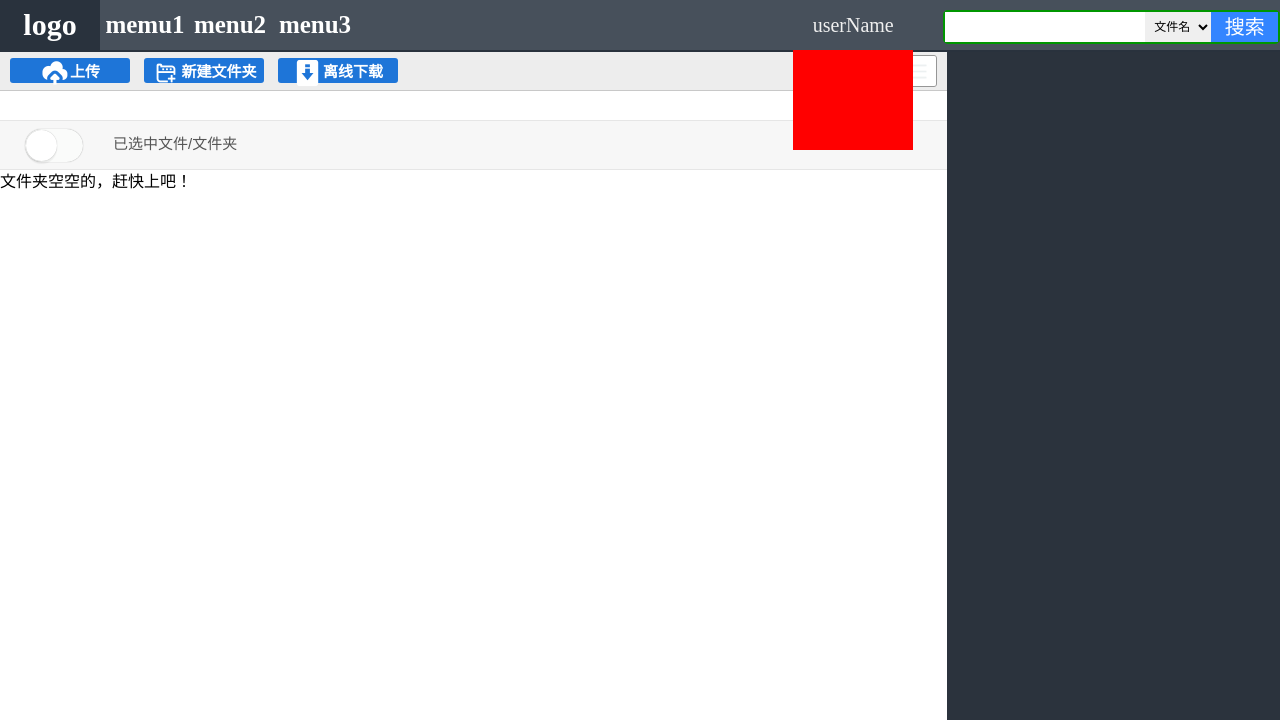
Repository: ixufeng/fileManager
Page: http://localhost/fileManager/delFile.do
The author's editor kept a copy of each file at every save. The page is drawn from the files as they stood at one save, then again after the next save.
The browser window is 1280 px wide. The pictures show the whole page.
The page is served by Tomcat 9. Other server files are loaded and not shown. Queries for data that is not in the repository find no rows.

Above is the page before, as saved 2016-04-07 13:17:39.

### fileManager/WebRoot/homePage.jsp
<%@page import="org.apache.commons.fileupload.FileItem"%>
<%@page import="file.MyFile"%>
<%@page import="sql.SqlHelper"%>
<%@page import="common.CatalogHelper" %>
<%@page import="common.Catalog" %>
<%@page language="java" import="java.util.*" pageEncoding="utf-8"%>
<%@taglib uri = "http://java.sun.com/jsp/jstl/core" prefix = "c" %>
<%
String path = request.getContextPath();
String basePath = request.getScheme()+"://"+request.getServerName()+":"+request.getServerPort()+path+"/";

String currentPath = "./home";
if(request.getParameter("currentPath")!=null){

	currentPath = request.getParameter("currentPath");
}else if(request.getAttribute("currentPath")!=null){

	currentPath = (String)request.getAttribute("currentPath");
}
	//获取路径列表
	ArrayList<Catalog> catalog = CatalogHelper.getCatalog(currentPath);
	//获得用户当前所在文件夹下的所有文件
	ArrayList<MyFile> fileList = SqlHelper.getSqlHelper().getAllFileByPath(currentPath);
	//优化目标，将第一次从数据库得来的文件信息存入到本地数据库中;

%>

<!DOCTYPE>
<html>
<head>
	<meta charset="utf-8">
	<title>在线文件管理器</title>
	<link rel="stylesheet" type="text/css" href="css/style_checkbox.css" />
	<link rel="stylesheet" type="text/css" href="css/title.css">
	<link rel="stylesheet" type="text/css" href="css/file_con.css">

	<!-- 上传文件 -->
	<link rel="stylesheet" href="css/zyUpload.css" type="text/css">
	<script src="js/jquery.js" type="text/javascript"></script>
	<script type="text/javascript" src="js/jquery.cookie.js"></script>
	<script type="text/javascript" src="js/fileClass.js"></script>
</head>

<body>
	<div id="head_nav">
		<div id="icon_home" path=<%=currentPath %> class="head_menu">
			logo
		</div>
		<div class="head_bar">memu1</div>
		<div class="head_bar">menu2</div>
		<div class="head_bar">menu3</div>

		<div id="icon_search">
			<label onclick="searchHelper();">搜索</label>
			<select id="selOption" onchange="searchTypeChange();">
				<option value="fimeName">文件名</option>
				<option value="fileDate">上传日期</option>
				<option value="fileContent">全文检索</option>
			</select>
			<input id="search_key" />
		</div>
		<div id="user">
			<span id="user_name">userName</span>
			<div id="user_box"></div>
		</div>
	</div>
	<div id="fileMsg">
			<ul id="file_catalog">
				<c:forEach var="catalogItem" items="<%=catalog%>">
					<li><a href="homePage.jsp?currentPath=${catalogItem.link}">${catalogItem.name}> </a></li>
				</c:forEach>

			</ul>
	</div>
	<div id="fileBar">

		<input type="checkbox" id="checkbox_c1" isSel="0" onclick="selectAll();" class="chk_3" /><label for="checkbox_c1"></label>
		<span id="functionBar">
			<label>已选中<span id="fileSelected"></span>文件/文件夹</label>
			<label id="MulShare" class="MulDo">分享</label>
			<label id="MulDown" onclick="mulDown();" class="MulDo"><img src="./images/MulDown.png">下载</label>
			<label id="MulDel" onclick="mulDel();" class="MulDo"><img src="./images/MulDel.png">删除</label>
			<label id="MulCopy" class="MulDo">复制到</label>
			<label id="MulTrans" onclick="showFileSendMenu();" class="MulDo">发送至</label>
		</span>
	</div>
	<div id='menu_second'>
		<span onclick='showuploadBorder();'><img alt="上传文件" src="images/fileUpload.png">上传</span>
		<span onclick='creatFileBorder("creatDir");'><img alt="新建文件夹" src ="images/newFile.png">新建文件夹</span>
		<span><img alt="文件下载" src="images/fileDownload.png">离线下载</span>
		<div id="sel_show_con">
			<a id="sel_grid" href="javascript:changeShowFile(0);"><img src="./images/grid.png"></a>
			<a id="sel_list" href="javascript:changeShowFile(1);"><img src="./images/list.png"></a>
		</div>
	</div>
	<div id="file_content">

		<ul id="file_ul_grid">
			<%=fileList.size()>0?"":"文件夹空空的，赶快上吧！" %>
			<c:forEach var = "fileItem" items = "<%=fileList %>" >
				<li class = "${fileItem.fileType=='floder'?'dir':'file'}" path = "${fileItem.fileLogicPath}" fileName = "${fileItem.fileRandomName} ">
					<img src ='${fileItem.filePic}'/>
					<p>${fileItem.fileName}</p>
				</li>
			</c:forEach>
		</ul>
		<ul id="file_ul_list">
			<c:forEach var = "fileItem" items = "<%=fileList %>" >
				<li class = "${fileItem.fileType=='floder'?'dir':'file'}" path = "${fileItem.fileLogicPath}" fileName = "${fileItem.fileRandomName} ">
					<input class="checkFile" type="checkbox" />
					<img src ='${fileItem.filePic}'/>
					<p>${fileItem.fileName}</p>
					<span class="fileCtime">${fileItem.fileCtime}</span>
				</li>
			</c:forEach>
		</ul>
	</div>
	<div id="con_cover">
		<div id="new_file">
			<img onclick="cancelNewFile();" id="file_cancel" src="images/icon_cancel.png"/>
			<span id="newfile_title">----新建文件</span>
			<input type="text" id="name" placeholder="文件名" />
			<button id="file_confirm">确认</button>
		</div>
	</div>

	<div id="menu">
		<ul>


		</ul>
	</div>
	<!--右侧的展示栏  -->
	<div id="funcboard">
		<ul id="searchRes_con">



		</ul>
	</div>
	<!-- 上传文件的border -->
	<div id="demo" class="demo"></div>
	<script type="text/javascript" src="js/file.handle.js"></script>
	<script type="text/javascript" src="js/menu.func.js"></script>
	<script type="text/javascript" src="js/common.js"></script>
	<script type="text/javascript" src="js/ajax.js"></script>
	<script type="text/javascript" src="js/draw.js"></script>
	<!-- 引用核心层插件 -->
	<script type="text/javascript" src="js/zyFile.js"></script>
	<!-- 引用控制层插件 -->
	<script type="text/javascript" src="js/zyUpload.js"></script>
	<!-- 引用初始化JS -->
	<script type="text/javascript" src="js/demo.js"></script>
	<script type="text/javascript">

</script>
<!-- 弹出的消息框 -->
<div id='msg_con'></div>
</body>
<%
	if(request.getAttribute("msg")!=null){
	String msg = (String)request.getAttribute("msg");
	out.print("<script type = 'text/javascript'>giveMsg('"+msg+"')</script>");
}else if(request.getParameter("msg")!=null){

	String msg = request.getParameter("msg");

	out.print("<script type = 'text/javascript'>giveMsg('"+msg+"')</script>");

}


 %>
</html>

### fileManager/src/servlet/delFile.java
package servlet;

import java.io.IOException;


import javax.servlet.RequestDispatcher;
import javax.servlet.ServletException;
import javax.servlet.http.HttpServlet;
import javax.servlet.http.HttpServletRequest;
import javax.servlet.http.HttpServletResponse;

import lucene.Lucene;


import file.MyFile;

import sql.SqlHelper;
/**
 *
 * @author xufeng
 * @version 1.0
 * 删除指定文件或文件集合
 *
 */
@SuppressWarnings("serial")
public class delFile extends HttpServlet {




	public void doGet(HttpServletRequest request, HttpServletResponse response)
			throws ServletException, IOException {
		request.setCharacterEncoding("utf-8");
		response.setCharacterEncoding("utf-8");
		doPost(request , response);

	}


	public void doPost(HttpServletRequest request, HttpServletResponse response)
			throws ServletException, IOException {
		String msg = "";
		//接受文件的物理名称（id）
		request.setCharacterEncoding("utf-8");
		response.setCharacterEncoding("utf-8");
		String fileName = request.getParameter("fileName");
		String path = request.getParameter("path");


		//先备份要删除的记录    --
		MyFile file = SqlHelper.getSqlHelper().getAFileByUniqueName(fileName);
		boolean isBack = SqlHelper.getSqlHelper().backUpFile(file);
		//删除数据库中的记录
		boolean  isDel = false;
		if(isBack){
			isDel = SqlHelper.getSqlHelper().delFile(file.getFileRandomName());
			System.out.println(isDel);
		}else{
			//备份失败
			msg = "文件备份失败！";

			request.getRequestDispatcher("homePage.jsp?currentPath="+path+"&msg="+msg).forward(request, response);
		}
		//如果删除记录成功，在删除磁盘数据
		if(isDel){
			//删除磁盘内容 ----周期删除
			//----------带处理-----留给自动处理机制
			msg = "删除成功";


			/*response.sendRedirect("homePage.jsp?currentPath="+path+"&msg="+msg);*/


			//删除索引
			Lucene lu=new Lucene();
			//fileName必须为RandomName
			lu.delete(fileName);

			request.setAttribute("msg", msg);
			request.setAttribute("currentPath", path);
			RequestDispatcher rd = request.getRequestDispatcher("homePage.jsp");
			rd.forward(request, response);
		}




	}

}

### fileManager/src/sql/SqlConnect.java
package sql;

import java.sql.DriverManager;
import java.sql.SQLException;

import java.sql.Connection;

import file.PathConfig;

public class SqlConnect {
	private static Connection conn = null;

	public static Connection getConnection(){

		String urlString = PathConfig.SQLURL;
		try {
			Class.forName("com.mysql.jdbc.Driver");

			conn = DriverManager.getConnection(urlString);

		} catch (ClassNotFoundException e) {
			// TODO Auto-generated catch block
			e.printStackTrace();
		}catch(Exception e){

			e.printStackTrace();
		}

		return conn;
	}

	public static void closeConnection(){

		try {
			if (conn != null || !conn.isClosed())
			conn.close();
		} catch (SQLException e) {
			// TODO Auto-generated catch block
			e.printStackTrace();
		}

	}


}

### fileManager/src/file/MyFile.java
package file;




public class MyFile{
	private String fileRandomName;// 文件实际上传后存储的名字
	private String fileName;// 文件的逻辑名字即用户看到的名字
	private String fileLogicPath;// 文件逻辑存储的地址
	private String fileType;
	private String fileSize;
	private String fileCtime;// 文件创建时间
	private String fileMtime;// 文件修改时间
	private int fileLimit;
	private String filePic;
	/**
	 * 构造方法的重载 --提供多种file类的初始化
	 */
	public MyFile(){
		//初始化
	}
	public MyFile(String fileRandomName,String fileName, String fileLogicPath,String fileType,String filePic){
		this.fileRandomName = fileRandomName;
		this.fileName = fileName;
		this.fileLogicPath = fileLogicPath;
		this.fileType = fileType;
		this.filePic = filePic;
	}



	public int getFileLimit() {
		return fileLimit;
	}

	public void setFileLimit(int fileLimit) {
		this.fileLimit = fileLimit;
	}


	public void setFileRandomName(String fileRandomName){
		this.fileRandomName = fileRandomName;
	}

	public String getFileRandomName(){

		return this.fileRandomName;
	}

	public String getFileName() {
		return this.fileName;
	}


	public void setFileName(String fileName) {
		this.fileName = fileName;
	}


	public String getFileLogicPath() {
		return fileLogicPath;
	}


	public void setFileLogicPath(String fileLogicPath) {
		this.fileLogicPath = fileLogicPath;
	}


	public String getFileType() {
		return fileType;
	}


	public void setFileType(String fileType) {
		this.fileType = fileType;
	}


	public String getFileSize() {
		return fileSize;
	}


	public void setFileSize(String fileSize) {
		this.fileSize = fileSize;
	}


	public String getFileCtime() {
		return fileCtime;
	}


	public void setFileCtime(String fileCtime) {
		this.fileCtime = fileCtime;
	}


	public String getFileMtime() {
		return fileMtime;
	}


	public void setFileMtime(String fileMtime) {
		this.fileMtime = fileMtime;
	}

	/*
	private Date getTime(){

		java.util.Date nowTime =new  java.util.Date();

		=

	}*/
	public String getFilePic() {
		return filePic;
	}

	public void setFilePic(String filePic) {
		this.filePic = filePic;
	}




}

### fileManager/src/sql/GetSql.java
package sql;

import file.MyFile;

public class GetSql {
	public static String selectFile(String fileName){
		String sql="select * from file where filename="+fileName;
		return sql;
	}

	/**
	 * @param fileRandomName
	 * @param fileName
	 * @param filePath
	 * @param fileType
	 * @return sql语句
	 */
	public static String uploadSql(String fileRandomName,String fileName,String fileLogicPath,String fileType){
		String sql="insert into file (fileRandomName,fileName,fileLogicPath,fileType,fileCtime) values('"+
	fileRandomName+"','"+fileName+"','"+fileLogicPath+"','"+fileType+"',now());";
		return sql;
	}

	public static String uploadSql(MyFile file){

		String sql="insert into file (fileRandomName,fileName,fileLogicPath,fileType,fileCtime,filePic) values('"+
				file.getFileRandomName()+"','"+file.getFileName()+"','"+file.getFileLogicPath()+"','"+file.getFileType()+"',now(),'"+file.getFilePic()+"');";

		return sql;
	}

	/**
	 *
	 * @param file
	 * @return sql语句
	 * 向备份数据表添加一条记录
	 */
	public static String addBackUp(MyFile file){

		String sql="insert into file_backup (fileRandomName,fileName,fileLogicPath,fileType,fileCtime,filePic) values('"+
				file.getFileRandomName()+"','"+file.getFileName()+"','"+file.getFileLogicPath()+"','"+file.getFileType()+"','"+file.getFileCtime()+"','"+file.getFilePic()+"');";

		return sql;
	}
	/**
	 * 获取某段时间的所有文件
	 * @param String
	 * @return String
	 */

	public static String timeSearchSql(String time1,String time2){
		String sql = "";
		sql = "select * from file  where fileCtime>='"+time1+"'and fileCtime<='"+time2+"'order by fileCtime asc";
		return sql;
	}

	/**
	 * 关键字模糊查询
	 * @param String
	 * @return String--sql
	 */
	public static String fileNameSearchSql(String fileName){
		String sql = "";
		sql = "select * from file where fileName LIKE '%"+fileName+"%'";

		return sql;
	}

	public static String getOverdueSql(){
		String sql ="";
		sql = "select * from file_backup where UNIX_TIMESTAMP(NOW())- UNIX_TIMESTAMP(fileMtime)>7*24*60*60";
		return sql;
	}
}

### fileManager/src/common/CatalogHelper.java
package common;


import java.util.ArrayList;

/**
 *
 * @author xufeng
 *根据url来显示当前文档的目录
 */
public class CatalogHelper {

	public static ArrayList<Catalog> getCatalog(String url){
		//将传进来的url拆分成数组
		String[] catalog = url.split("/");

		 ArrayList<Catalog> list = new ArrayList<Catalog>();


		 for(int i = 0;i < catalog.length;i++){

			 	if(i==1||i==0){

			 		Catalog myCatalog =new Catalog("所有文件","./home");
			 		list.add(myCatalog);

			 	}else{

			 		Catalog myCatalog =  new Catalog();
			 		myCatalog.setName(catalog[i]);
			 		myCatalog.setLink(list.get(i-1).getLink()+"/"+catalog[i]);
			 		list.add(myCatalog);
			 	}

			 }

		 list.remove(0);
		 return list;

	}

}

### fileManager/src/common/Catalog.java
package common;

public class Catalog{

	private String name;
	private String link;


	public Catalog(String name, String link){
		this.name = name;
		this.link = link;
	}

	public Catalog(){

	}
	public String getName() {
		return name;
	}
	public void setName(String name) {
		this.name = name;
	}
	public String getLink() {
		return link;
	}
	public void setLink(String link) {
		this.link = link;
	}
}

### fileManager/WebRoot/css/title.css
* {
	padding: 0px;
	margin: 0px;
}
body{

	width:100%;
	height:100px;
}
#head_nav {
	width: 100%;
	height: 50px;
	position: fixed;
	top: 0px;
	background-color:rgb(71,80,91);
	box-shadow:0px 0px 0px 2px rgb(41,50,61);
	z-index:9;
}


#icon_home {
	width: 100px;
	height: 50px;
	overflow: hidden;
	float: left;
	color:#fff;
	font-size:30px;
	font-weight:900;
	line-height:50px;
	text-align:center;
}
 .head_bar{
	float: left;
	width:80px;
	height:100%;
	color:#fff;
	font-weight:900;
	line-height:50px;
	text-align:center;
	font-size:25px;
	cursor:pointer;
	background-color:rgb(71,80,91);
	margin-left:5px;
}

.head_bar:hover{
	background-color:rgb(41,50,61);
}


.head_menu {
	float: left;
	background: rgb(0, 80, 0) margin-left: 10px;
	cursor: pointer;
}
#icon_home:hover{
	background-color:rgb(41,50,61);
}


#icon_home_img {
	margin-top:0px;
	margin-left: 5px;
}
/* 되쩍痰빵돨錦干움 */
#user{

	float:right;
	font-size:20px;
	color:rgb(240,240,240);
	width:120px;
	text-align:center;
	line-height:50px;
	margin-right:30px;
	cursor:pointer;
}

#user:hover{
	background-color:#fff;
}
/* 茶꾜돨userBox */
#user_box{
	width:120px;
	height:100px;
	position:fixed;
	top:50px;
	background-color:red;
	z-index:10;
}

#icon_upload{

	width:40px;
	height: 39px;
	border:0px solid rgb(0,100,0);
	border-radius: 5px;
	border-bottom:0px;
	margin-top: 18px;
	margin-left: 100px;
	background-color: rgb(0,150,0);
	float: left;
	cursor: pointer;

}

#icon_search{
	margin-top:10px;
	margin-right:0px;
	width:26%;
	height:30px;
	border:2px solid rgb(0,150,0);
	float:right;
	border-radius:5px;
}


#icon_search input{

	height:30px;
	width:60%;
	border:0px solid ;
	float:right;
	display:block;
}
#selOption{
	float:right;
	width:20%;
	height:100%;
	font-size:12px;
	text-align:center;
	font-family:Arial;

}
#selOption option{
	font-size=12px;

}
#icon_search label{

	display:block;
	float:right;
	height:30px;
	line-height:30px;
	width:20%;
	text-align:center;
	font-size:20px;
	color:#fff;
	background-color:rgb(51,133,255);
	font-familiy:Arial;
}
#icon_search label:hover{
	cursor:pointer;
	background-color:rgb(81,183,255);
}

#menu_second{
	width:74%;
	height:40px;
	position:fixed;
	top:50px;
	background-color:rgb(237,237,237);
	border-bottom:1px solid rgb(200,200,200);
	z-index:8;
}
#menu_second>span{
	display:inline-block;

	width:120px;
	height:25px;
	text-align:center;
	line-height:25px;
	margin:7.5px auto;
	margin-left:10px;
	background-color:rgb(30,117,216);
	color:#fff;
	border-radius:3px;
	cursor:pointer;
	font-weight:800;
	font-family:Arial;
	font-size:15px;
}

#menu_second>span:hover{
	background-color:rgb(50,147,246);
}
#menu_second img{
	vertical-align:middle;
}
#sel_show_con{
	width:80px;
	height:30px;
	float:right;
	margin:5px auto;
	line-height:40px;
	margin-right:10px;
	border:0.8px solid rgb(150,150,150);
	background-color:rgb(201,200,201);
	border-radius:3px;
	overflow:hidden;
}
#sel_show_con a{

	float:left;
	width:40px;
	height:30px;

}
#sel_grid{
	background-color:rgb(202,202,202);
}
#sel_list{
	background-color:rgb(255,255,255);
}

#sel_show_con>a>img{

	display:block;
	margin:2.5px auto;
}

### fileManager/WebRoot/css/file_con.css
*{

	padding:0px ;
	margin:0px;
	border:0px;
}
body{

	width: 100%;
	height: 100%;
}
#file_content{
	display: block;
	width: 74%;
	position:absolute;
	left:0px;
	bottom:0px;
	top:168px;
	margin-bottom:0px;
	z-index:0;
	over-flow:hidden;
}
#file_ul_grid{
	display: none;
	min-height: 200px;
	width: auto;
	height: auto;
	list-style-type: none;
}
#file_ul_grid>li{
	float: left;
	margin:10px;
	width:80px;
	height:80px;
	text-align: center;
	font-family: Arial;
	cursor: pointer;
	word-break:break-all;
	font-size:12px;
	padding-top:8px;
	border:1px solid #fff;
}

#file_ul_grid>li:hover{

	border:1px solid rgb(43,51,61);
}

#funcboard{
	position:fixed;
	width:26%;
	right:0px;
	top:50px;
	bottom:0px;
	background-color:rgb(43,51,61);
	z-index:8;
}

#con_cover{
	position: fixed;
	top:0px;
	width:100%;
	height:100%;
	background:rgba(0,0,0,0.5);
	display: none;
	z-index:9;

}

#new_file{
	opacity: 1;
	height:120px;
	width:300px;
	position: absolute;
	top:0px;
	left: 0px;
	border-radius: 10px;
	background-color: rgb(0,180,0);
	text-align:center;
	box-shadow: 4px 4px 4px rgb(0,100,0);
	display: none;
}

#new_file>input{
	width:100%;
	border:0px;
	margin-top: 10px;
	height: 30px;
	background-color: rgb(180,180,180);
	color: rgb(255,255,255);
	color: rgb(0,122,0);
	font-size: 20px;
	font-weight: 800;
	text-align: center;
}

#file_cancel{

	cursor:pointer;
	margin-top:5px;
	margin-right:5px;
	float:right;
}
#newfile_title{

	line-height:20px;
	font-size:20px;
	font-family:Arial;

}
::-webkit-input-placeholder {
	color: rgba(0,122,0,0.5);
	text-align: center;
}
#file_confirm{
	border:0px;
	width:100%;
	height:30px;
	margin-top: 20px;
	background-color:rgb(180,180,180);
	color: rgb(0,122,0);
	font-size: 20px;
	font-weight: 800;
	cursor: pointer;
}

#menu{
	position: absolute;
	top:300px;
	left:300px;
	width:90px;
	height: auto;
	background-color:rgb(0,160,0);
	box-shadow: 4px 4px 4px rgb(0,100,0);
	display: none;
	cursor:pointer;
	z-index:5;

}

#menu>ul{
	list-style-type: none;
	height: auto;
	min-height: 160px;
}

#menu>ul>li{

	padding:0px;
	width: 100%;
	height:30px;
	margin-bottom: 4px;
	text-align: center;
	line-height: 30px;
	color: rgb(200,200,200);
	font-family: arial;
	font-weight: 800;
	background-color: rgb(0,100,0);
	cursor: pointer;
}

#menu>ul>li:hover{
	opacity: 0.5;
}

#msg_con{
	width : 0px;
	height: 0px;
	position: absolute;
	top:0px;
	left: 0px;
	background-color: rgb(0,100,0);
	border-radius: 10px;
	display: none;
	text-align: center;
	vertical-align: middle;
	line-height: 100px;
	z-index:9;
}

#msg_con p{
	font-size: 20px;
	font-weight: 900px;
	font-family: arial;
	color: #fff;
	text-align: center;
}
#searchRes_con{
	list-style-type:none;


}
#searchRes_con li{
	width:95%;
	height:40px;
	background-color:rgb(200,200,200);
	margin:2px auto;
	cursor:pointer;
	border-radius:5px;
	animation:searchShow 1s;
	color:#fff;
	line-height:40px;
}
#searchRes_con li:hover{

	background-color:rgb(155,155,155);
}



@keyframes searchShow
{
	0% {opacity:0.3;}
	100%{opacity:1;}
}
#searchRes_con>li>img{
	width:30px;
	heigth:30px;
	margin-left:5px;
	vertical-align:middle;
}
#fileMsg{

	height:30px;
	width:100%;
	line-height:30px;
	padding-left:20px;
	position:fixed;
	background-color:#fff;
	top:90px;
	z-index:5;
}
#file_catalog{
	position:fixed;
	list-style:none;
	z-index:5;

}
#file_catalog>li{
	float:left;
	width:auto;
	height:30px;
	font-weight:700;
}
#fileBar{
	width:100%;
	height:40px;
	position:fixed;
	top:120px;
	padding-top:8px;
	padding-left:25px;
	border-bottom:1px solid rgb(230,230,230);
	border-top:1px solid rgb(230,230,230);
	background-color:rgb(247,247,247);
	z-index:5;
}

#fileBar label{
	display:block;
	float:left;
	line-height:30px;
	color:rgb(85,85,85);
	font-family:Arial;
	font-size:15px;
}
.MulDo{
	border:1px solid rgb(167,167,167);
	width:100px;
	margin-top:4px;
	height:26px;
	margin-left:8px;
	text-align:center;
	border-radius:3px;
}
#fileBar label:hover{
	cursor:pointer;
	background-color:rgb(255,255,255);
}
.MulDo img{
	vertical-align:middle;
}




/* file_ul_list */
#file_ul_list{
	list-style:none;
	display:none;

}
#file_ul_list>li{
	height:40px;
	width:100%;
	border-bottom:1px solid rgb(200,200,200);
}
#file_ul_list>li>p{

	display:inline-block;
	line-height:40px;
	margin-left:15px;
}
#file_ul_list>li>img{
	display:block;
	width:25px;
	height:25px;
	margin-left:15px;
	float:left;
	margin-top:7px;
	vertical-align:middle;
}
.checkFile{
	margin-top:15px;
	margin-left:30px;
	float:left;
	background-color:#fff;
}
.fileCtime{
	margin-right:10px;
	float:right;
	line-height:40px;
}

Loaded but not shown: fileManager/WebRoot/js/jquery.js (library); fileManager/WebRoot/js/jquery.cookie.js (library); fileManager/WebRoot/js/zyUpload.js (413 lines, source omitted); fileManager/WebRoot/js/zyFile.js (209 lines, source omitted); fileManager/WebRoot/js/common.js (177 lines, source omitted); fileManager/WebRoot/js/file.handle.js (147 lines, source omitted); fileManager/WebRoot/js/menu.func.js (133 lines, source omitted); fileManager/WebRoot/js/demo.js (40 lines, source omitted); fileManager/WebRoot/js/draw.js (53 lines, source omitted); fileManager/WebRoot/js/ajax.js (73 lines, source omitted); fileManager/WebRoot/js/fileClass.js (15 lines, source omitted); fileManager/WebRoot/css/zyUpload.css (327 lines, source omitted); fileManager/src/sql/SqlHelper.java (398 lines, source omitted); fileManager/WebRoot/css/style_checkbox.css (248 lines, source omitted)

After the next save:
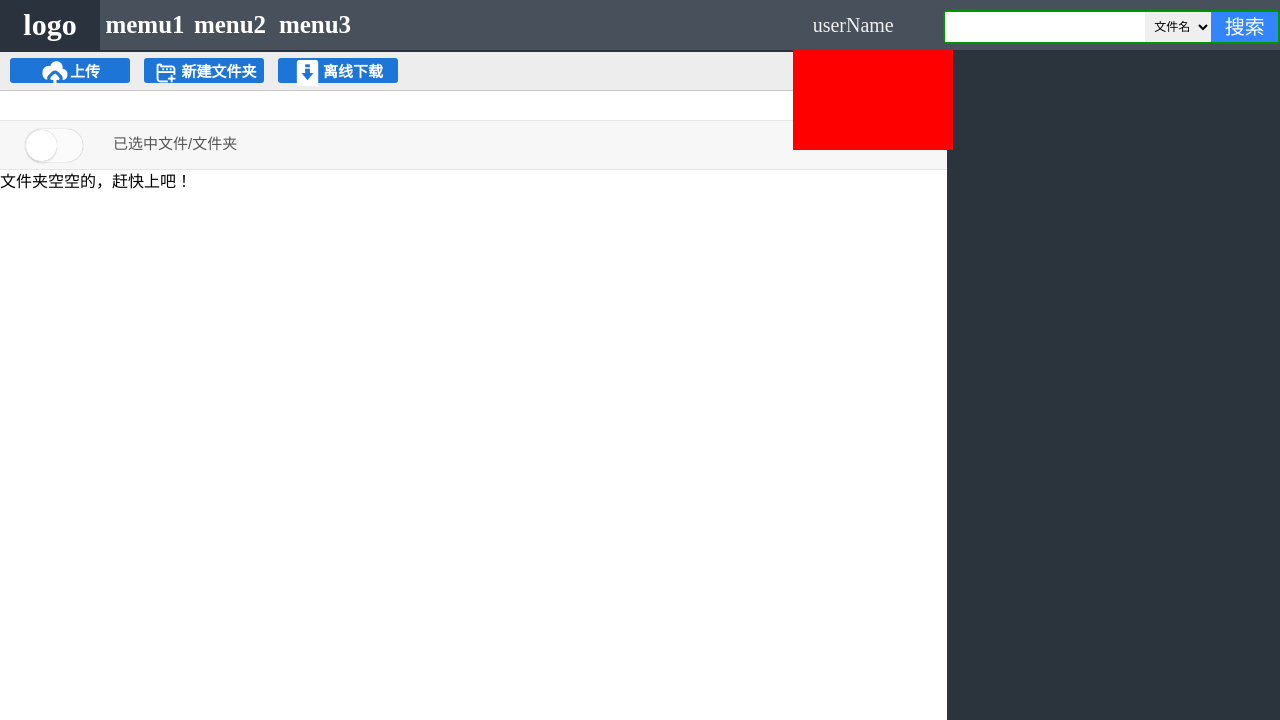
Saved 14 s later.
--- a/fileManager/WebRoot/css/title.css
+++ b/fileManager/WebRoot/css/title.css
@@ -80,7 +80,7 @@ body{
 }
 /* 茶꾜돨userBox */
 #user_box{
-	width:120px;
+	width:160px;
 	height:100px;
 	position:fixed;
 	top:50px;
